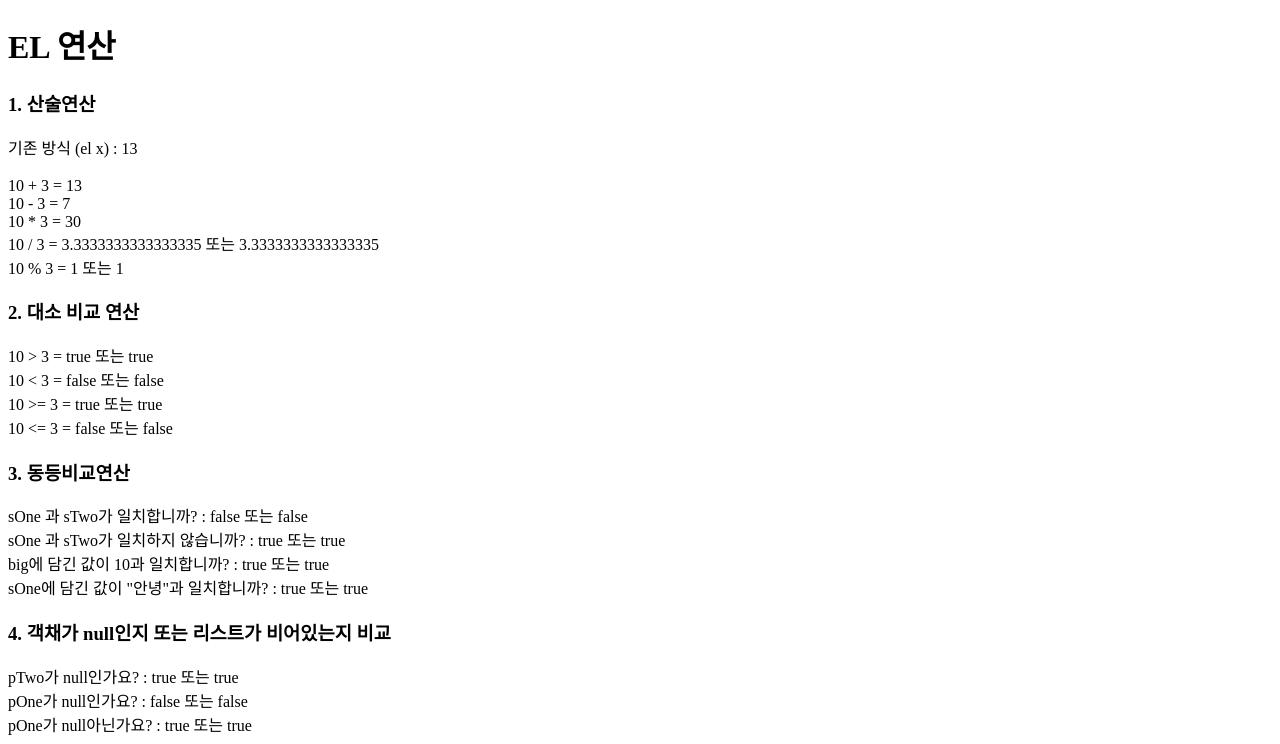
Repository: gimanKr/academyWork
Page: http://localhost/elActionProject/operation.do
The author's editor kept a copy of each file at every save. The page is drawn from the files as they stood at one save, then again after the next save.
The browser window is 1280 px wide. The pictures show the whole page.
The page is served by Tomcat 9.

Above is the page before, as saved 2023-10-26 03:03:39.

After the next save:
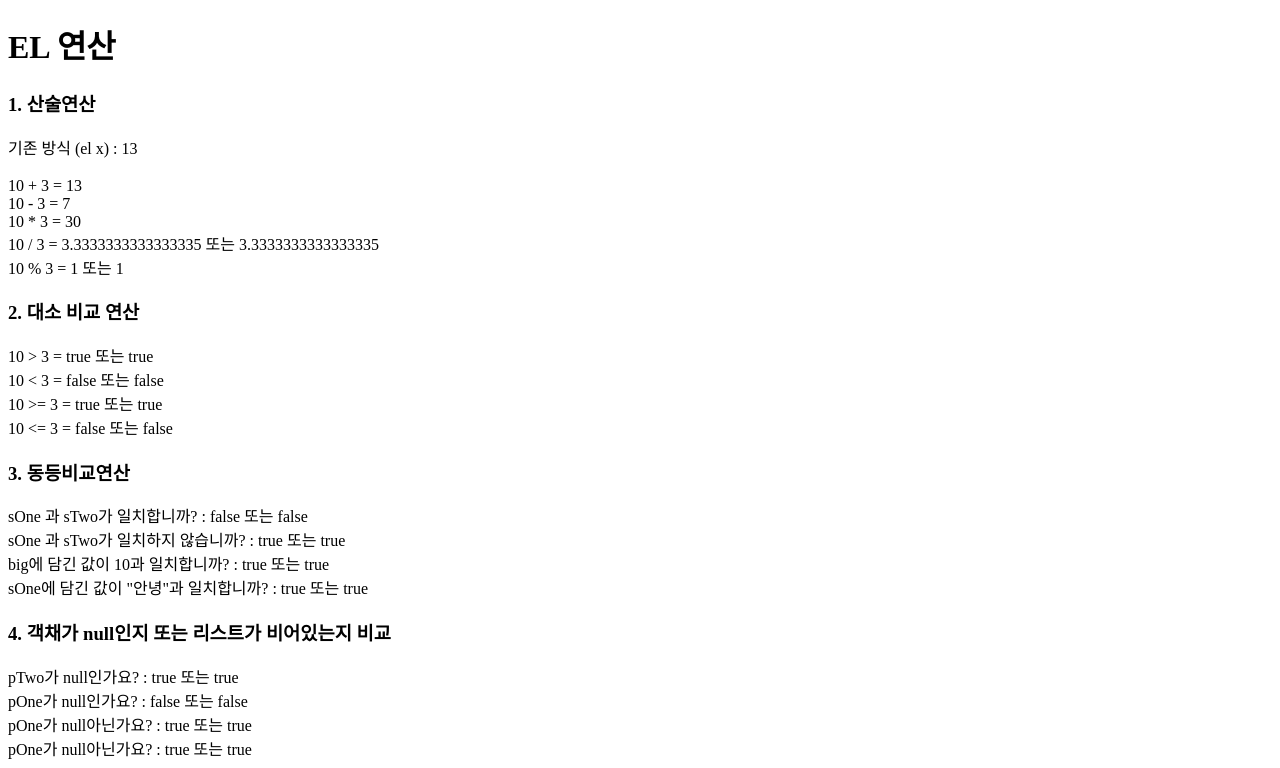
Saved 8 s later.
--- a/elActionProject/src/main/webapp/views/1_EL/02_elOperation.jsp
+++ b/elActionProject/src/main/webapp/views/1_EL/02_elOperation.jsp
@@ -35,6 +35,7 @@
 	pTwo가 null인가요? : ${pTwo == null} 또는 ${empty pTwo} <br>
 	pOne가 null인가요? : ${pOne == null} 또는 ${empty pOne} <br>
 	pOne가 null아닌가요? : ${pOne != null} 또는 ${not empty pOne} <br>
+	pOne가 null아닌가요? : ${pOne != null} 또는 ${!empty pOne} <br>
 
 </body>
 </html>
